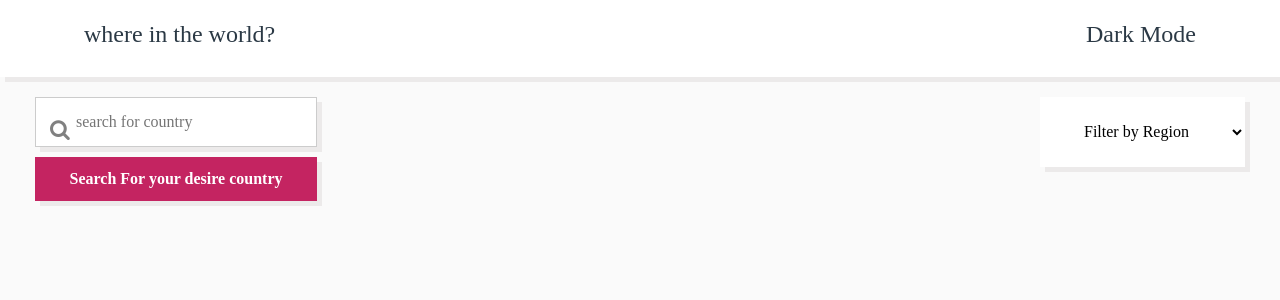
Repository: lamilekan263/countries
Page: /
These files come from the project's save history. The page is drawn as it stood at one moment and after the next save; the edit follows.
The browser window is 1280 px wide. The pictures show the whole page.
The page's requests for data from a server got no answer. The project was rebuilt for these pictures with package versions that can differ from the ones it lists, and the page was loaded fresh each time. No one was signed in, and anything a server would have sent is missing. Also part of the build but not shown: src/components/country/country.css, src/components/country/country.jsx, src/components/selectCountryRegion/selectCountryRegion.styles.css, src/components/selectCountryRegion/selectCountryRegion.component.jsx.

Above is the page before, as saved 2020-07-30 16:44:49.

### src/index.js
import React from 'react';
import ReactDOM from 'react-dom';
import 'bootstrap/dist/css/bootstrap.css'
import App from './App';
import './App.css'

ReactDOM.render(
  <React.StrictMode>
    <App />
  </React.StrictMode>,
  document.getElementById('root')
);

// If you want your app to work offline and load faster, you can change
// unregister() to register() below. Note this comes with some pitfalls.
// Learn more about service workers: https://bit.ly/CRA-PWA
if(module.hot){
  module.hot.accept()
}

### src/App.js
import React, {Component} from 'react';
import NavBar from './components/Navbar/navBar.component'
import CountryList from './components/country-list/country-list.component'
import MyForm from './components/form.component/form.component'

class App extends Component {
  constructor(){
    super();
    this.state={
      countries :[


      ],
      searchValue : ''

      }
  }
    componentDidMount(){
    fetch('https://restcountries.eu/rest/v2/all')
    .then(response => response.json())
    .then(countries => console.log(countries))
  }

  handleCountry = e =>{
    this.setState({searchValue : e.target.value})
    console.log(e)

  }

  render() {
    const {countries, searchValue} = this.state
    const filteredCountries = countries.filter(country => country.name.toLowerCase().includes(searchValue.toLowerCase()))
    return (
      <div>
        <NavBar  />
        <MyForm handleChange ={this.handleCountry}/>
          <CountryList countries = {filteredCountries} />


      </div>
    );
  }
}

export default App;

### src/components/Navbar/navBar.component.jsx
import React  from 'react';
import '../Navbar/navbar.styles.css'
const NavBar = () => {
    return (
        <nav >
            <div className="myContainer" id="nav-flex">
                <div>
                    <h1 >where in the world?</h1>
                </div>
                <div>
                    <h1>Dark Mode</h1>
                </div>
            </div>
        </nav>
     );
}

export default NavBar;

### src/components/country-list/country-list.component.jsx
import React from 'react';
import Country from '../country/country'
import './country-list.styles.css'
const CountryList = props => {
    return (
        <div className="country-list container-fluid">
                    <div className="flex-country">
                        {
                            props.countries.map((country,index) => (
                                    <Country key={ index } country ={country}/>
                                    ))
                                }
                    </div>
        </div>
     );
}

export default CountryList;

### src/components/form.component/form.component.jsx
import React, { useState } from 'react';
import Input from "../input.component/input.component"
import SelectDropDownByRegion from '../selectCountryRegion/selectCountryRegion.component'
import './form.styles.css';




const MyForm =props =>{
    const [text, textState] = useState('')
    const onChange = e => textState(e.target.value);

    const onSubmit = e =>{
        e.preventDefault();

    }

    return(
        <div className="container-fluid">
            <form className="myForm" onSubmit = {onSubmit}>
                <div>
                    <Input onHandleChange={props.handleChange}/>
                    <button>Search For your desire country</button>
                 </div>
                    <select name="Filter by Region">
                        <option value="">Filter by Region</option>
                        <option value="Africa">Africa</option>
                        <option value="Americas">Americas</option>
                        <option value="Asia">Asia</option>
                        <option value="Europe">Europe</option>
                        <option value="Oceania">Oceania</option>
                    </select>
            </form>

        </div>
    );
}


export default MyForm

### src/components/Navbar/navbar.styles.css

nav{
    background-color:white;
    color:hsl(209, 23%, 22%);
    box-shadow: 5px 5px rgb(236, 234, 234);
    /* position: fixed; /* Set the navbar to fixed position */
    /* top: 0px;
    overflow: hidden;
    z-index:1; */
    width:100%;

}

h1{
    font-size:1.5em;
}
#nav-flex{
    display:flex;
    justify-content: space-between;
    padding:20px;
}
.myContainer{
    width:90%;
    margin:0 auto;
    overflow:hidden;
}

### src/components/country-list/country-list.styles.css

.country-list{
    padding:0% 7%;
    margin:150px 0 20px;


}
@media(min-width:750px){
    .flex-country{
        display:flex;
        flex-wrap:wrap;
        justify-content: space-around;
    }
}

### src/components/input.component/input.component.jsx
import React from 'react';

import './input.styles.css'


const Input = props =>(
    <div className="fontuser">
            <input type="text"
                    placeholder="search for country"
                     required />
            <i className="fa fa-search fa-lg" >{props.onHandleChange}</i>
    </div>
)

export default Input;

### src/components/form.component/form.styles.css
.myForm{
    position: relative;
    top:30;
    left:10;
    display: flex;
    flex-direction: row;
    justify-content: space-between;
    margin:20px;
}
@media(max-width:740px){
    .myForm{
        flex-direction: column;
    }
}

button{
    margin:10px 0;
    width:100%;
    border: none;
    background-color: rgb(196, 36, 97);
    color:white;
    padding:10px;
    font-weight: 700;
    font-size:1rem;
    box-shadow:5px 5px rgb(236, 234, 234);
}
select{
    padding: 12px 40px;
    height:70px;
    border: none;
    background-color: #fff;
    box-shadow:5px 5px rgb(236, 234, 234);
}
select ::after{
    padding:10px;
}

### src/components/input.component/input.styles.css
input{
    width:100%;
    border:none;
    box-shadow:5px 5px rgb(236, 234, 234);
    padding: 12px 40px;
    display: inline-block;
    border: 1px solid #ccc;
    box-sizing: border-box;
}
input :active{
    border: 1px solid red;

}
i{
    position: absolute;
    left: 15px;
    top: 25px;
    color: gray;
}

Loaded but not shown: public/index.html (common file); src/App.css (common file)

After the next save:
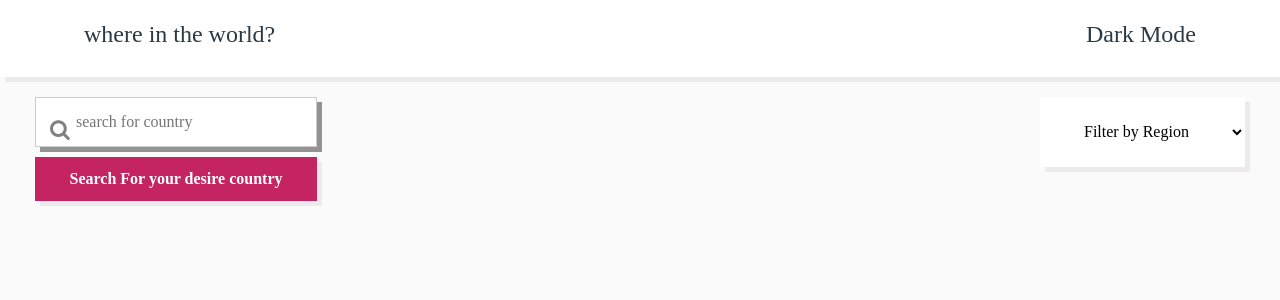
Saved 87 s later.
--- a/src/components/input.component/input.styles.css
+++ b/src/components/input.component/input.styles.css
@@ -1,7 +1,7 @@
 input{
     width:100%;
     border:none;
-    box-shadow:5px 5px rgb(236, 234, 234);
+    box-shadow:5px 5px rgb(148, 147, 147);
     padding: 12px 40px;
     display: inline-block;
     border: 1px solid #ccc;
